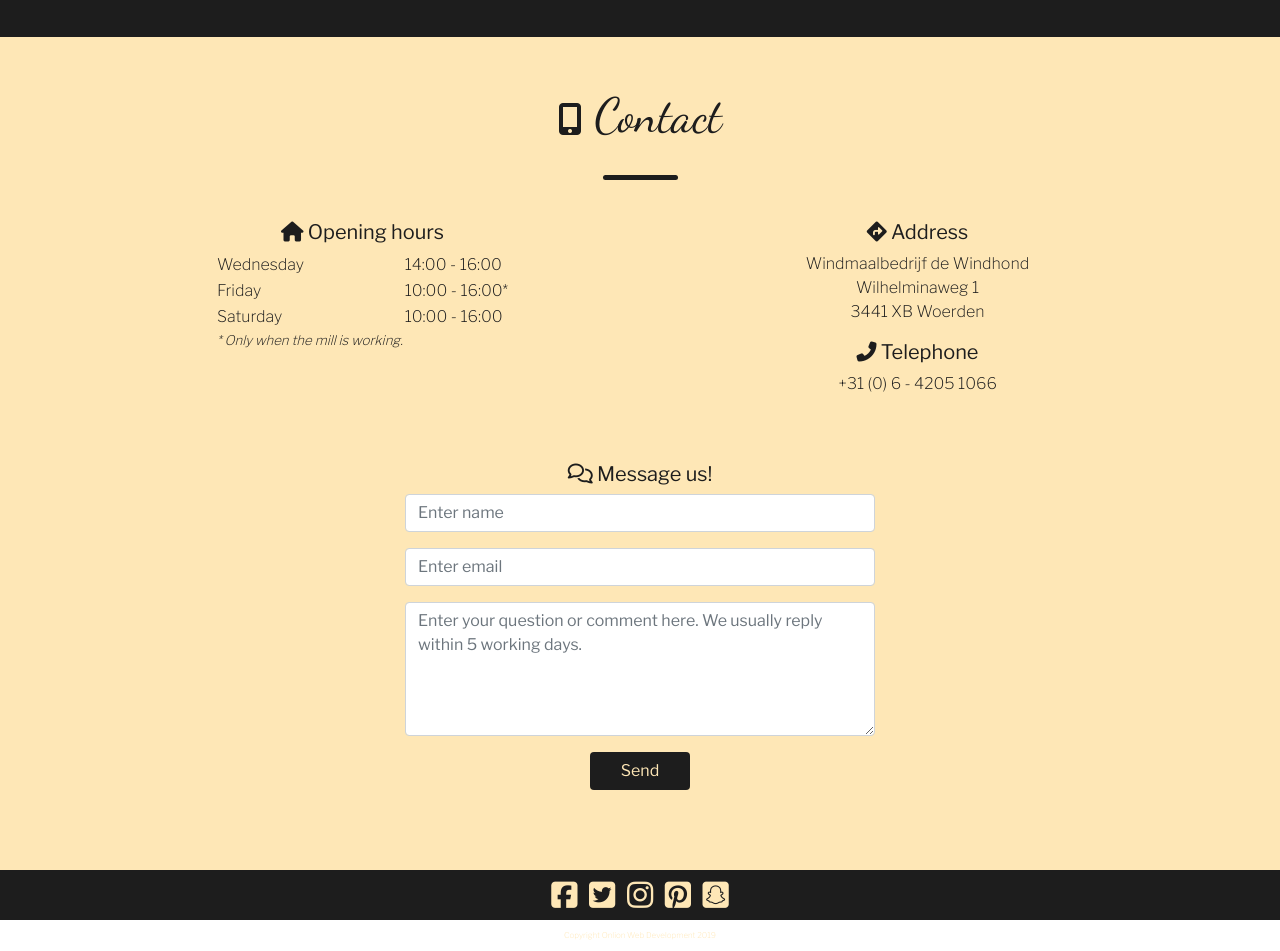
Repository: jdl208/DeWindhond
Page: index.html
The author's editor kept a record of every edit. The page is drawn from the files as they stood at one moment, then again after the next edit.
The browser window is 1280 px wide. The pictures show the part of the page from y = 2400 to 3352 px (the page is 3351 px tall before and 3352 px after).
Some web libraries are served in a nearby version.

Above is the page before.

### index.html
<!DOCTYPE html>
<html lang="en">

<head>
    <meta charset="UTF-8">
    <meta name="viewport" content="width=device-width, initial-scale=1.0">
    <meta http-equiv="X-UA-Compatible" content="ie=edge">
    <title>Windmill "De Windhond"</title>
    <link rel="stylesheet" href="https://stackpath.bootstrapcdn.com/bootstrap/4.3.1/css/bootstrap.min.css" integrity="sha384-ggOyR0iXCbMQv3Xipma34MD+dH/1fQ784/j6cY/iJTQUOhcWr7x9JvoRxT2MZw1T" crossorigin="anonymous">
    <link href="https://fonts.googleapis.com/css?family=Dancing+Script:400,700&display=swap" rel="stylesheet">
    <link rel="stylesheet" href="assets/css/style.css" type="text/css" />

</head>

<body>

    <!-- Navigation-->
    <a href="" class="anchor" id="home"></a>
    <nav class="navbar fixed-top navbar-expand-md navbar-dark dark-bg">
        <a class="navbar-brand" href="#home">De Windhond</a>
        <button id="navbar-toggle-icon" class="navbar-toggler" type="button" data-toggle="collapse" data-target="#navbarTogglerDemo02" aria-controls="navbarTogglerDemo02" aria-expanded="false" aria-label="Toggle navigation">
                <i class="fas fa-bars"></i>
            </button>

        <div class="collapse navbar-collapse" id="navbarTogglerDemo02">
            <ul class="navbar-nav ml-auto mt-2 mt-lg-0">
                <li class="nav-item ml-auto nav--link">
                    <a class="nav-link" href="#home"><strong>Home</strong><span class="sr-only">(current)</span></a>
                </li>
                <li class="nav-item ml-auto nav--link">
                    <a class="nav-link" href="#about"><strong>About</strong></a>
                </li>
                <li class="nav-item ml-auto nav--link">
                    <a class="nav-link" href="#media"><strong>Media</strong></a>
                </li>
                <li class="nav-item ml-auto nav--link">
                    <a class="nav-link" href="#contact"><strong>Contact</strong></a>
                </li>
            </ul>
        </div>
    </nav>

    <!--Header image slider-->

    <header class="top-section">
        <div class="jumbotron sectioncontainer carousel-wrapper">


            <!--Preload images so you you wont see a hickup in the slider -->

            <img class="d-none" src="assets/images/img1.jpg" />
            <img class="d-none" src="assets/images/img2.jpg" />
            <img class="d-none" src="assets/images/img3.jpg" />
            <img class="d-none" src="assets/images/img4.jpg" />
            <img class="d-none" src="assets/images/img5.jpg" />
            <img class="d-none" src="assets/images/img6.jpg" />
            <img class="d-none" src="assets/images/img7.jpg" />

            <div class="bg-image-slider">

            </div>
        </div>
    </header>

    <!-- About -->
    <a href="" class="anchor" id="about"></a>
    <section class="light-bg sectioncontainer">
        <div class="container about">
            <h2><i class="far fa-list-alt media-icon"></i> About</h2>
            <hr class="block-divider dark-divider">

            <div class="row">
                <div class="col-md-6">
                    <h4>Timeline</h4>
                    <div class="history-items">
                        <div class="timeline-item" data-dates="1498">
                            <p>The first mill was build on top of the city wall.</p>
                        </div>
                        <div class="timeline-item" data-dates="1755">
                            <p>De Windhond was build on the spot of the original mill.</p>
                        </div>
                        <div class="timeline-item" data-dates="1977">
                            <p>The mill was sold to the city of Woerden. Which would restore the mill to it's original state.</p>
                        </div>
                        <div class="timeline-item" data-dates="2011">
                            <p>The new miller Karel Dolman is going to work in De Windhond and is going to make the mill functioning again untill this day.</p>
                        </div>
                    </div>
                </div>
                <div class="col-md-6">
                    <hr class="block-divider dark-divider d-md-none">
                    <h4>History</h4>

                    <p>Windmill "De Windhond" is a historical and valuable feature for the city of Woerden.</P>
                    <p>The Windhond is a round stone mill that was built in 1755 in Woerden. Today the mill is well maintained and is an important part of the cityscape.</p>
                    <p>The mill stands on one of the last pieces of city wall, originally part of a bastion belonging to the city walls of old Woerden. De Windhond has a flight of 25.2 meters. The mill was restored in 1984 and today it is still in use as
                        a flour mill. The flour from the mill is used at various points of sale. In addition, a number of bakers in Woerden sell bread with flour from the mill. The interior of the mill is largely in authentic condition. The miller lives
                        in the house at the bottom of the mill.
                    </p>
                    <!--<p>Karel Dolman (29) divides his time between "his" windmill De Windhond in Woerden and a permanent job as a mill repairman.</p>-->
                    <!--<p>The mill in Woerden doesn't run full production. The repairman job makes the work complete. Maintenance is always necessary and I am always technically informed.</p>-->
                    <!--<p>Karel has been at the mill since childhood. He is officially qualified and knows everything about the technology, weather, sailing and more. "And you have to be physically capable, because getting the windmill up or slowing down requires-->
                    <!--    power." Whether the work is in his blood? "Then I have to go to the doctor," he jokes. Collegiate banter between father (Maarten Dolman, miller of the Windotter in IJsselstein) and son is also there: "The Greyhound is older: completely-->
                    <!--    from 1755, while De Windotter only has stones that date from 1732, the rest is younger."</p>-->

                </div>
            </div>
        </div>

    </section>

    <!-- Media section-->
    <a href="" class="anchor" id="media"></a>

    <section class="dark-bg mediabox sectioncontainer">
        <H2><i class="fas fa-photo-video media-icon"></i> Media</H2>
        <hr class="block-divider yellow-divider">
        <div class="row mediarow">
            <div class="col-12">
                <h4>Impression of the mill</h4>
            </div>
            <iframe width="560" height="315" src="https://www.youtube.com/embed/qNwYElhLL6A" frameborder="0" allow="accelerometer; autoplay; encrypted-media; gyroscope; picture-in-picture" allowfullscreen></iframe>
        </div>

        <hr class="block-divider yellow-divider">

        <div class="row mediarow">
            <div class="col-12">
                <h4>Interview with Karel Dolman the miller</h4>
            </div>
            <iframe width="560" height="315" src="https://www.youtube.com/embed/lAjF5r5rAqM" frameborder="0" allow="accelerometer; autoplay; encrypted-media; gyroscope; picture-in-picture" allowfullscreen></iframe>
        </div>

        </div>
    </section>

    <!-- Contact-->

    <a href="" class="anchor" id="contact"></a>
    <section class="sectioncontainer light-bg">
        <div class="container">
            <h2><i class="fas fa-mobile-alt media-icon"></i> Contact</h2>
            <hr class="block-divider dark-divider">
            <div class="row">
                <div class="col-md-6 contact_visiting">
                    <table>
                        <h5><i class="fas fa-home"></i> Opening hours</h5>
                        <tr>
                            <td>Wednesday</td>
                            <td>14:00 - 16:00</td>
                        </tr>
                        <tr>
                            <td>Friday</td>
                            <td>10:00 - 16:00*</td>
                        </tr>
                        <tr>
                            <td>Saturday</td>
                            <td>10:00 - 16:00</td>
                        </tr>
                        <tr class="footnote_opening">
                            <td>* Only when the mill is working.</td>
                        </tr>

                    </table>
                </div>
                <div class="col-md-6 contact_visiting">

                    <h5><i class="fas fa-directions"></i> Address</h5>
                    <p>Windmaalbedrijf de Windhond<br> Wilhelminaweg 1<br> 3441 XB Woerden
                    </p>
                    <h5><i class="fas fa-phone-alt"></i> Telephone</h5>
                    <p> +31 (0) 6 - 4205 1066</p>

                </div>

            </div>

            <div class="row">
                <div class="col-12 contact-form">
                    <h5><i class="far fa-comments"></i> Message us!</h5>
                    <div class="form-group">
                        <input type="text" class="form-control" placeholder="Enter name" required>
                    </div>
                    <div class="form-group">
                        <input type="email" class="form-control" placeholder="Enter email" required>
                    </div>
                    <div class="form-group">
                        <textarea class="form-control" rows="5" Placeholder="Enter your question or comment here. We usually reply within 5 working days." required></textarea>
                    </div>
                    <button type="submit" class="btn btn--dark">Send</button>
                    </form>
                </div>
            </div>
    </section>

    <footer class="dark-bg footer">
        <div class="row">
            <div class="col-12">
                <ul class="list-inline">
                    <li class="list-inline-item"><a class="light-link" href="https://www.facebook.com/windmaalbedrijfdewindhond?pnref=story"><i class="fab fa-facebook-square socialicon"></i></a></li>
                    <li class="list-inline-item"><a class="light-link" href="#"><i class="fab fa-twitter-square socialicon"></i></a></li>
                    <li class="list-inline-item"><a class="light-link" href="#"><i class="fab fa-instagram socialicon"></i></a></li>
                    <li class="list-inline-item"><a class="light-link" href="#"><i class="fab fa-pinterest-square socialicon"></i></a></li>
                    <li class="list-inline-item"><a class="light-link" href="#"><i class="fab fa-snapchat-square socialicon"></i></a></li>
                </ul>
            </div>
        </div>
        <p class="copyright">Copyright Onlion Web Development 2019</p>

    </footer>

    <script src="https://code.jquery.com/jquery-3.3.1.slim.min.js" integrity="sha384-q8i/X+965DzO0rT7abK41JStQIAqVgRVzpbzo5smXKp4YfRvH+8abtTE1Pi6jizo" crossorigin="anonymous"></script>
    <script src="https://cdnjs.cloudflare.com/ajax/libs/popper.js/1.14.7/umd/popper.min.js" integrity="sha384-UO2eT0CpHqdSJQ6hJty5KVphtPhzWj9WO1clHTMGa3JDZwrnQq4sF86dIHNDz0W1" crossorigin="anonymous"></script>
    <script src="https://stackpath.bootstrapcdn.com/bootstrap/4.3.1/js/bootstrap.min.js" integrity="sha384-JjSmVgyd0p3pXB1rRibZUAYoIIy6OrQ6VrjIEaFf/nJGzIxFDsf4x0xIM+B07jRM" crossorigin="anonymous"></script>
    <script src="https://kit.fontawesome.com/70761e8d6e.js"></script>

</body>

</html>

### assets/css/style.css
@import url('https://fonts.googleapis.com/css?family=Dancing+Script:400,700|Libre+Franklin:200,300,400,700&display=swap');

html {
    scroll-behavior: smooth;
}

body {
    font-family: "Libre Franklin";
    font-weight: 200;
}

.sectioncontainer {
    padding-top: 50px;
    padding-bottom: 80px;
}

.anchor {
    display: block;
    position: relative;
    top: -56px;
    visibility: hidden;
}

/* ---------------------------------------------- Colors */

.dark-bg {
    color: #fee7b6;
    background-color: #1d1d1d;
}

.light-bg {
    background-color: #fee7b6;
    color: rgb(29, 29, 29);
}

.block-divider {
    width: 75px;
    height: 5px;
    border: 0;
    border-radius: 15px;
    margin-top: 30px;
    margin-bottom: 40px;
}

.yellow-divider {
    background-color: #fee7b6;
}

.dark-divider {
    background-color: rgb(29, 29, 29);
}

.light-link {
    color: #fee7b6;
}

.btn--dark {
    color: #fee7b6;
    background-color: rgba(29, 29, 29, 1);
    text-align: center;
}

/* ---------------------------------------------- Headings */

h2,
h3,
h4 {
    font-family: "dancing script";
    text-align: center;
    font-size: 3rem;
}

h4 {
    font-size: 2rem;
}

.media-icon {
    font-size: 32px;
}

/* ---------------------------------------------- Navbar */

.navbar {
    font-family: "dancing script";
    font-size: 1.2rem;
}

.navbar-brand {
    font-size: 1.5rem;
}

.navbar-brand:hover {
    color: #dec080;
}

.navbar-dark .navbar-brand {
    color: #fee7b6;
}

.navbar-dark .navbar-brand:hover {
    color: #dec080;
}


#navbar-toggle-icon {
    border: 0;
    color: #fee7b6;
}

.navbar-dark .navbar-nav .nav-link {
    color: #fee7b6;
}

.navbar-dark .navbar-nav .nav-link:hover {
    color: #dec080;
}


/* ---------------------------------------------- Header */

.top-section {
    padding: 0;
}

.carousel-wrapper {
    position: relative;
    top: 56px;
    margin: 0 0 56px 0;
    padding: 0;
}

.bg-image-slider {
    height: 85vh;
    width: 100%;
    animation-name: bgslider;
    animation-duration: 49s;
    animation-timing-function: ease-in;
    animation-iteration-count: infinite;
    background-image: url("../images/img1.jpg");
    background-size: cover;
    background-repeat: no-repeat;
    background-position: center;
}

@keyframes bgslider {
    0% {
        background-image: url("../images/img1.jpg");
    }
    10% {
        background-image: url("../images/img1.jpg");
    }
    14% {
        background-image: url("../images/img2.jpg");
    }
    24% {
        background-image: url("../images/img2.jpg");
    }
    28% {
        background-image: url("../images/img3.jpg");
    }
    38% {
        background-image: url("../images/img3.jpg");
    }
    42% {
        background-image: url("../images/img4.jpg");
    }
    52% {
        background-image: url("../images/img4.jpg");
    }
    56% {
        background-image: url("../images/img5.jpg");
    }
    66% {
        background-image: url("../images/img5.jpg");
    }
    70% {
        background-image: url("../images/img6.jpg");
    }
    80% {
        background-image: url("../images/img6.jpg");
    }
    84% {
        background-image: url("../images/img7.jpg");
    }
    95% {
        background-image: url("../images/img7.jpg");
    }
    100% {
        background-image: url("../images/img1.jpg");
    }
}

/* ---------------------------------------------- About */

.history-heading {
    margin-bottom: 50px;
}

.timeline-item {
    padding: 4em 2em 0em 2em;
    position: relative;
    border-left: 1px solid;
}

.timeline-item p {
    padding: 0;
    margin: 0;
}

.timeline-item:before {
    content: attr(data-dates);
    position: absolute;
    left: 2.5em;
    top: 3em;
    display: block;
    font-weight: 500;
    font-size: 0.8em;
    padding: 0;
    margin: 0;
}

.timeline-item:after {
    width: 12px;
    height: 12px;
    display: block;
    top: 2.5em;
    position: absolute;
    left: -6px;
    border-radius: 12px;
    content: '';
    background: rgb(29, 29, 29);

}

/* ---------------------------------------------- Media */

.row {
    margin: 0;
}

iframe {
    margin: auto;
}

/* ---------------------------------------------- Contact */

.contact_visiting {
    text-align: center;
}

.contact_visiting table {
    text-align: left;
    margin: auto;
}

.footnote_opening {
    font-size: smaller;
    font-style: italic;
}


.contact-form {
    margin: auto;
    text-align: center;
    margin-top: 50px;
    max-width: 500px;
}

.contact-form .btn--dark {
    width: 100px;
}


/* ---------------------------------------------- Footer */

.footer {
    height: 50px;
    text-align: center;
    padding: 10px;
}

.footerlist {
    list-style-type: none;
}

.list-item-footer {
    display: inline-block;
    color: #fee7b6;
}

.socialicon {
    font-size: 30px;
}

.socialicon:hover {
    color: #dec080
}

.copyright {
    font-weight: 200;
    font-size: 0.5rem;
    text-align: center;
    padding-bottom: 10px;
}

After the next edit:
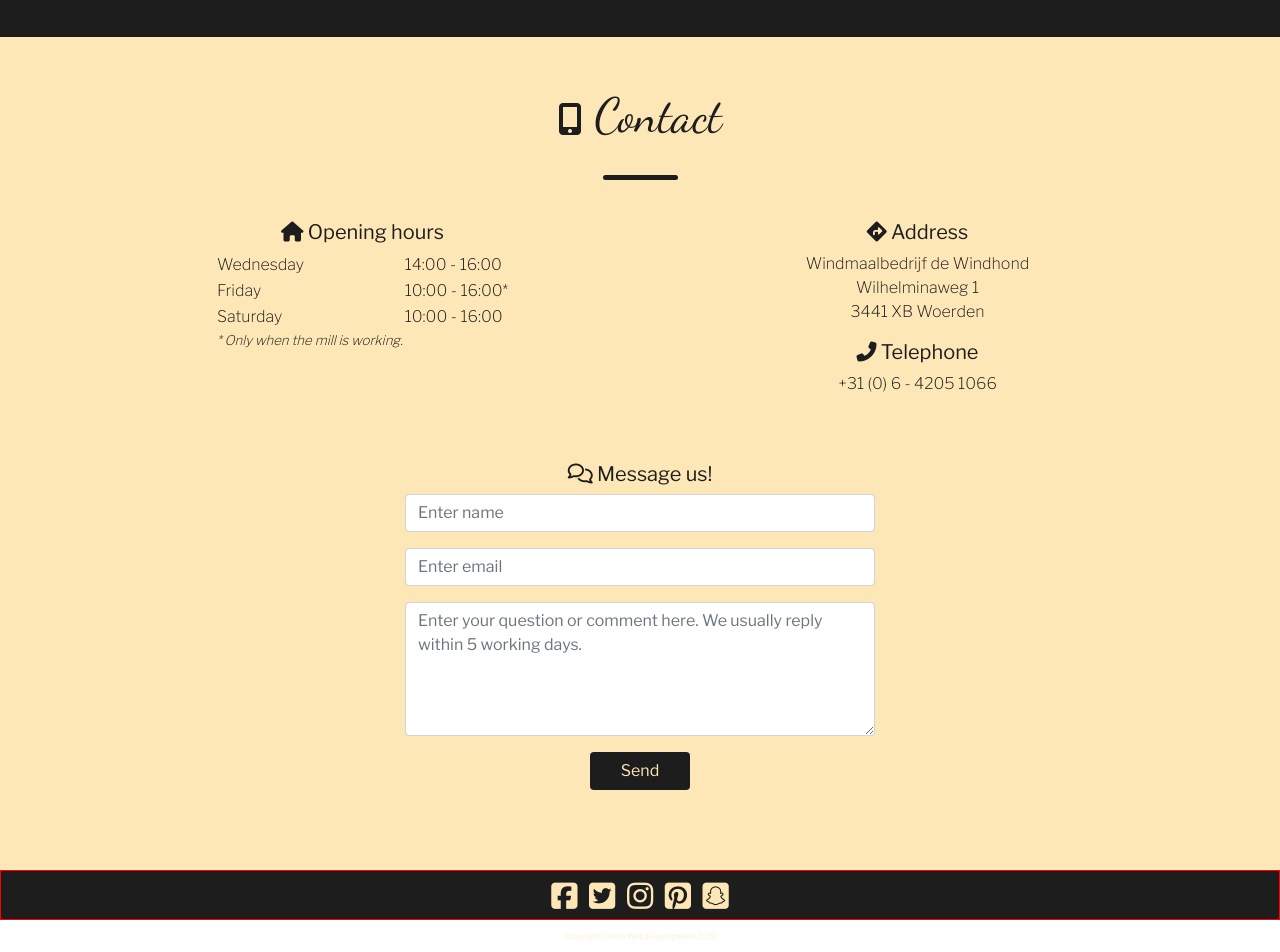
The edit:
--- a/assets/css/style.css
+++ b/assets/css/style.css
@@ -277,6 +277,8 @@
     height: 50px;
     text-align: center;
     padding: 10px;
+    margin-bottom:0;
+    border: red 1px solid;
 }
 
 .footerlist {
